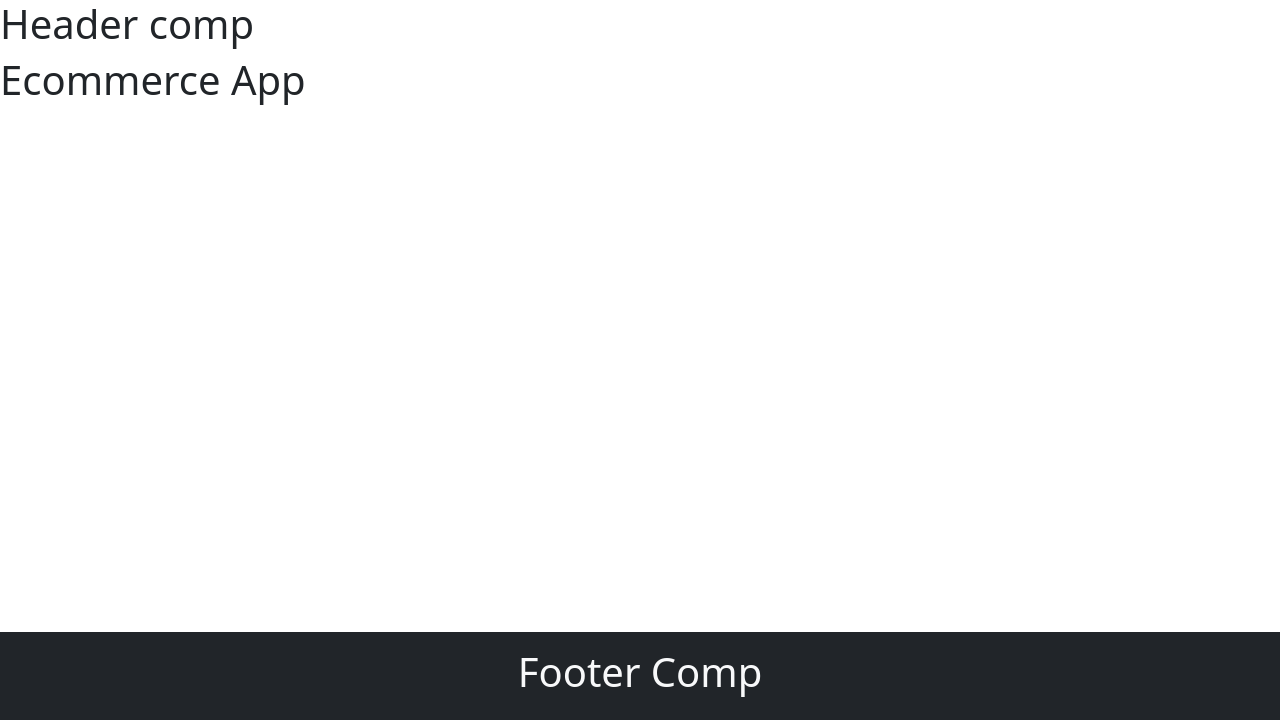
Repository: Abhi2359/SaleXpress
Page: / (app in client/)
An editor plug-in stored every save of this project. The page is shown before and after the next save, followed by the edit.
The browser window is 1280 px wide. The pictures show the whole page.
The project was rebuilt for these pictures with package versions that can differ from the ones it lists, and the page was loaded fresh each time. Also part of the build but not shown: client/vite.config.js, client/src/App.css.

Above is the page before, as saved 2023-05-08 18:21:23.

After the next save:
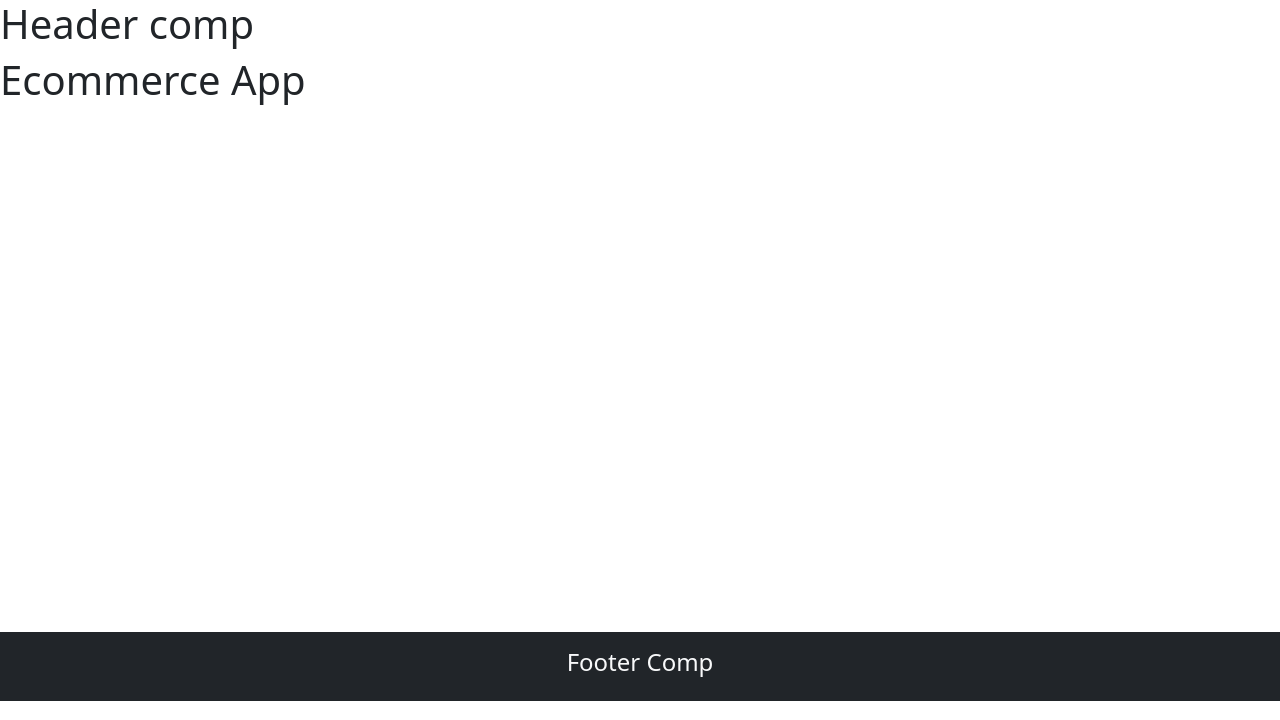
Saved 19 s later.
--- a/client/src/components/Layout/Footer.jsx
+++ b/client/src/components/Layout/Footer.jsx
@@ -3,7 +3,7 @@ import React from 'react'
 const Footer = () => {
   return (
     <div className='bg-dark text-light p-3'>
-        <h1 className='text-center'>Footer Comp</h1>
+        <h4 className='text-center'>Footer Comp</h4>
     </div>
   )
 }
